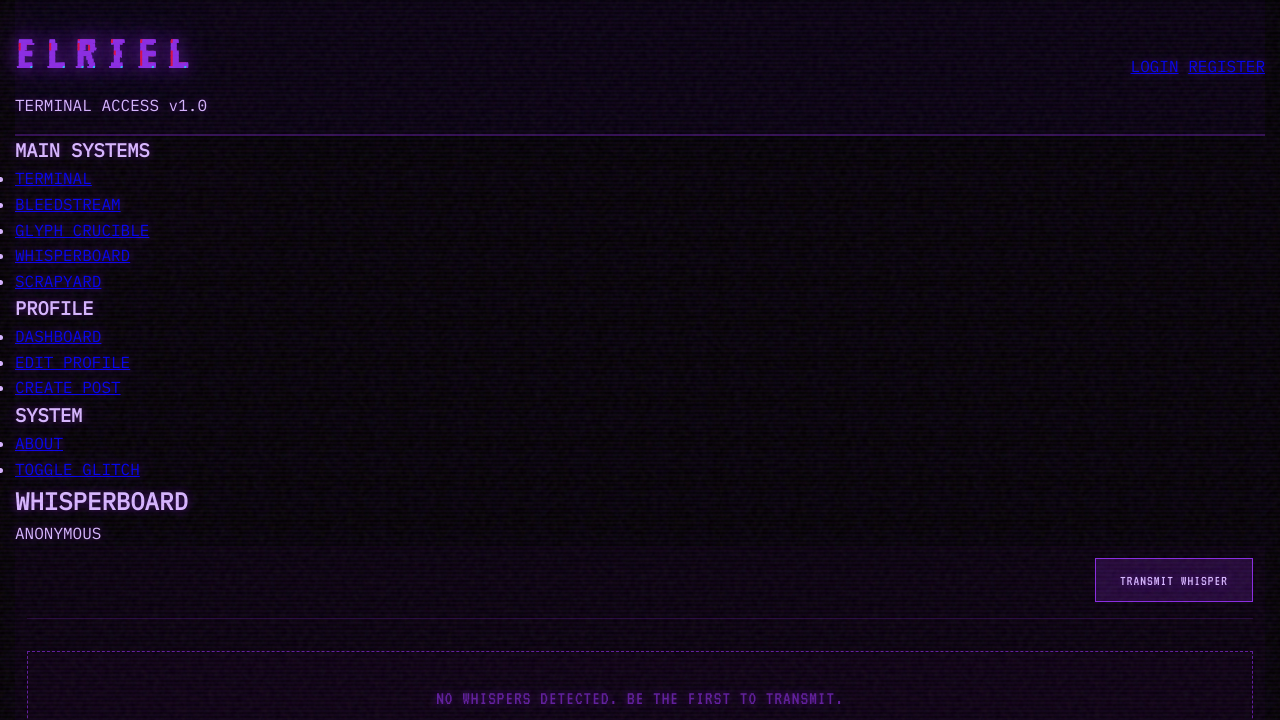
Repository: numbpill3d/elriel_1.0-forum
Page: views/whisper/board.html
An editor plug-in stored every save of this project. The page is shown before and after the next save, followed by the edit.
The browser window is 1280 px wide. The pictures show the whole page.
An inner scrolling area shows only its first screen. Some web fonts or font styles are not loaded; a fallback is used.

Above is the page before, as saved 2025-05-09 16:55:04.

### views/whisper/board.html
<!DOCTYPE html>
<html lang="en">
<head>
  <meta charset="UTF-8">
  <meta name="viewport" content="width=device-width, initial-scale=1.0">
  <title>WHISPERBOARD | ELRIEL</title>
  <link rel="stylesheet" href="/css/main.css">
  <link rel="stylesheet" href="/css/glitch.css">
  <link rel="stylesheet" href="/css/whisper.css">
  <script src="/js/error-logger.js" defer></script>
  <script src="/js/glitch.js" defer></script>
  <script src="/js/navigation-debug.js" defer></script>
</head>
<body class="terminal">
  <div class="noise-overlay"></div>
  <div class="scan-lines"></div>
  <div class="container">
    <header class="main-header">
      <div class="logo">
        <h1 class="glitch" data-text="ELRIEL">ELRIEL</h1>
        <div class="logo-subtitle">TERMINAL ACCESS v1.0</div>
      </div>
      <div class="user-panel">
        <div id="user-status">
          <!-- User status will be injected here -->
        </div>
      </div>
    </header>

    <div class="content-wrapper">
      <nav class="sidebar">
        <div class="nav-section">
          <h3 class="nav-title">MAIN SYSTEMS</h3>
          <ul class="nav-links">
            <li><a href="/">TERMINAL</a></li>
            <li><a href="/feed/bleedstream">BLEEDSTREAM</a></li>
            <li><a href="/glyph/crucible">GLYPH CRUCIBLE</a></li>
            <li><a href="/whisper/board" class="active">WHISPERBOARD</a></li>
            <li><a href="/forum/scrapyard">SCRAPYARD</a></li>
          </ul>
        </div>
        <div class="nav-section">
          <h3 class="nav-title">PROFILE</h3>
          <ul class="nav-links">
            <li><a href="/profile">DASHBOARD</a></li>
            <li><a href="/profile/edit">EDIT PROFILE</a></li>
            <li><a href="/feed/new">CREATE POST</a></li>
          </ul>
        </div>
        <div class="nav-section">
          <h3 class="nav-title">SYSTEM</h3>
          <ul class="nav-links">
            <li><a href="/about">ABOUT</a></li>
            <li><a href="#" id="toggle-glitch">TOGGLE GLITCH</a></li>
          </ul>
        </div>
      </nav>

      <main class="main-content">
        <section class="whisperboard-panel">
          <div class="panel-header">
            <h2>WHISPERBOARD</h2>
            <div class="status-indicator">ANONYMOUS</div>
          </div>
          <div class="whisperboard-content">
            <div class="whisper-actions">
              <a href="/whisper/new" class="new-whisper-button">TRANSMIT WHISPER</a>
            </div>

            <div class="whisper-list" id="whisper-list">
              <!-- Whispers will be injected here -->
            </div>
          </div>
        </section>
      </main>
    </div>

    <footer class="main-footer">
      <div class="footer-text">ELRIEL NETWORK // ESTABLISHED 2025 // ALL RIGHTS SURRENDERED</div>
      <div class="footer-glyphs">
        <span class="glyph">⌘</span>
        <span class="glyph">⍟</span>
        <span class="glyph">⎔</span>
      </div>
    </footer>
  </div>

  <script>
    // Add error handling for data injection
    let data, user, whispers = [];
    try {
      // Inject data from server
      data = __DATA__;
      user = data.user;
      whispers = data.whispers || [];
      console.log("Whisper data loaded successfully:", {
        hasUser: !!user,
        whisperCount: whispers.length
      });
    } catch (err) {
      console.error("Error parsing injected data:", err);
      // Set default values
      data = {};
      user = null;
      whispers = [];
    }

    // Update user status in header
    const userStatusEl = document.getElementById('user-status');
    if (userStatusEl) {
      if (user) {
        userStatusEl.innerHTML = `
          <div class="logged-in">
            <span class="username">${user.username}</span>
            <div class="user-links">
              <a href="/profile" class="win98-btn">PROFILE</a>
              <a href="/auth/logout" class="win98-btn">LOGOUT</a>
            </div>
          </div>
        `;
      } else {
        userStatusEl.innerHTML = `
          <div class="logged-out">
            <a href="/auth/login" class="win98-btn login-btn">LOGIN</a>
            <a href="/auth/register" class="win98-btn register-btn">REGISTER</a>
          </div>
        `;
      }
    }

    // Display whispers
    const whisperListEl = document.getElementById('whisper-list');
    if (whisperListEl) {
      if (whispers && whispers.length > 0) {
        // Clear any existing content
        whisperListEl.innerHTML = '';

        whispers.forEach(whisper => {
          if (!whisper) return; // Skip invalid whispers

          const whisperEl = document.createElement('div');
          whisperEl.className = 'whisper-item';

          try {
            let glyphHtml = '';
            if (whisper.glyph_svg) {
              glyphHtml = `<div class="whisper-glyph">${whisper.glyph_svg}</div>`;
            } else {
              // Generate a random anonymous glyph if none is attached
              const randomSeed = (whisper.id || '') + (whisper.created_at || ''); // Use whisper data for deterministic random
              glyphHtml = `<div class="whisper-glyph">${generateAnonGlyphSVG(randomSeed)}</div>`;
            }

            const content = whisper.content || 'No content available';
            const createdAt = whisper.created_at ? new Date(whisper.created_at).toLocaleString() : 'Unknown date';
            const whisperId = whisper.id || '0';
            const isEncrypted = whisper.is_encrypted ? '<span class="whisper-encrypted">ENCRYPTED</span>' : '';

            whisperEl.innerHTML = `
              ${glyphHtml}
              <div class="whisper-content">
                <div class="whisper-body">${content}</div>
                <div class="whisper-meta">
                  <span class="whisper-date">${createdAt}</span>
                  ${isEncrypted}
                </div>
                <a href="/whisper/${whisperId}" class="view-whisper-link">VIEW WHISPER</a>
              </div>
            `;
            whisperListEl.appendChild(whisperEl);
          } catch (e) {
            console.error('Error rendering whisper:', e);
          }
        });
      } else {
        whisperListEl.innerHTML = '<div class="empty-whispers">NO WHISPERS DETECTED. BE THE FIRST TO TRANSMIT.</div>';
      }
    }

    // Helper function to generate SVG data for an anonymous glyph (client-side simulation)
    function generateAnonGlyphSVG(seed) {
      try {
        // Create a deterministic random number generator based on the seed
        const random = seedRandom(seed);

        // Generate SVG elements
        const width = 80;
        const height = 80;
        const centerX = width / 2;
        const centerY = height / 2;

        // Start SVG
        let svg = `<svg xmlns="http://www.w3.org/2000/svg" viewBox="0 0 ${width} ${height}" class="anon-glyph-svg">`;

        // Add a background circle
        svg += `<circle cx="${centerX}" cy="${centerY}" r="${centerX - 4}" fill="none" stroke="#333" stroke-width="1" />`;

        // Generate a simple symbol
        const symbolType = Math.floor(random() * 5);

        switch (symbolType) {
          case 0: // Cross
            svg += `<line x1="${centerX - 15}" y1="${centerY}" x2="${centerX + 15}" y2="${centerY}" stroke="#666" stroke-width="1" />`;
            svg += `<line x1="${centerX}" y1="${centerY - 15}" x2="${centerX}" y2="${centerY + 15}" stroke="#666" stroke-width="1" />`;
            break;
          case 1: // Triangle
            svg += `<polygon points="${centerX},${centerY - 15} ${centerX - 15},${centerY + 7.5} ${centerX + 15},${centerY + 7.5}" fill="none" stroke="#666" stroke-width="1" />`;
            break;
          case 2: // Square
            svg += `<rect x="${centerX - 12}" y="${centerY - 12}" width="24" height="24" fill="none" stroke="#666" stroke-width="1" />`;
            break;
          case 3: // Circle
            svg += `<circle cx="${centerX}" cy="${centerY}" r="12" fill="none" stroke="#666" stroke-width="1" />`;
            break;
          case 4: // Star
            const points = 5;
            const outerRadius = 15;
            const innerRadius = 7.5;
            let starPoints = '';

            for (let i = 0; i < points * 2; i++) {
              const radius = i % 2 === 0 ? outerRadius : innerRadius;
              const angle = (Math.PI / points) * i;
              const x = centerX + radius * Math.sin(angle);
              const y = centerY - radius * Math.cos(angle);
              starPoints += `${x},${y} `;
            }

            svg += `<polygon points="${starPoints}" fill="none" stroke="#666" stroke-width="1" />`;
            break;
        }

        // Add a few random dots
        for (let i = 0; i < 3; i++) {
          const angle = random() * Math.PI * 2;
          const distance = 3 + random() * 10;
          const x = centerX + Math.cos(angle) * distance;
          const y = centerY + Math.sin(angle) * distance;
          svg += `<circle cx="${x}" cy="${y}" r="1" fill="#999" />`;
        }

        // Close SVG
        svg += '</svg>';

        return svg;
      } catch (e) {
        console.error('Error generating anonymous glyph:', e);
        return '<svg xmlns="http://www.w3.org/2000/svg" viewBox="0 0 80 80" class="anon-glyph-svg"><circle cx="40" cy="40" r="36" fill="none" stroke="#333" stroke-width="1" /></svg>';
      }
    }

    // Deterministic random number generator based on a seed
    function seedRandom(seed) {
      if (!seed) seed = 'default-seed';

      let hash = 0;
      for (let i = 0; i < seed.length; i++) {
        hash = ((hash << 5) - hash) + seed.charCodeAt(i);
        hash |= 0; // Convert to 32-bit integer
      }

      // Simple LCG random number generator
      let state = hash || 12345;
      return function() {
        state = (state * 1664525 + 1013904223) % 4294967296;
        return state / 4294967296;
      };
    }

    // Toggle glitch effects
    const toggleGlitchBtn = document.getElementById('toggle-glitch');
    if (toggleGlitchBtn) {
      toggleGlitchBtn.addEventListener('click', function(e) {
        e.preventDefault();
        document.body.classList.toggle('glitch-active');
        // Store preference in localStorage
        localStorage.setItem('glitch-active', document.body.classList.contains('glitch-active') ? 'true' : 'false');
      });
    }

    // Check if glitch effects were previously enabled
    const glitchActive = localStorage.getItem('glitch-active');
    if (glitchActive === 'true') {
      document.body.classList.add('glitch-active');
    }
  </script>
</body>
</html>

### public/css/whisper.css
/* Elriel - Whisper CSS Styles */
/* Styles for the Whisperboard and whisper pages */

.whisperboard-panel .panel-header h2,
.whisper-panel .panel-header h2 {
  font-size: 1.5rem;
}

.whisperboard-content,
.whisper-content-area {
  padding: 0.75rem;
  background-color: rgba(10, 0, 15, 0.6);
}

.whisper-actions {
  margin-bottom: 1rem;
  text-align: right;
  border-bottom: 1px solid rgba(138, 43, 226, 0.2);
  padding-bottom: 1rem;
}

.new-whisper-button {
  display: inline-block;
  padding: 0.6rem 1.5rem;
  background-color: rgba(138, 43, 226, 0.2);
  border: 1px solid var(--terminal-green);
  color: var(--terminal-text);
  text-decoration: none;
  font-family: var(--header-font);
  font-size: 0.9rem;
  cursor: pointer;
  transition: all 0.3s ease;
  letter-spacing: 1px;
}

.new-whisper-button:hover {
  background-color: rgba(138, 43, 226, 0.4);
  transform: translateY(-2px);
  box-shadow: 0 3px 10px rgba(138, 43, 226, 0.3);
}

.whisper-list {
  display: grid;
  grid-template-columns: repeat(auto-fill, minmax(280px, 1fr));
  gap: 0.75rem;
}

.empty-whispers {
  grid-column: 1 / -1;
  padding: 2rem;
  text-align: center;
  color: var(--terminal-dim);
  font-family: var(--header-font);
  letter-spacing: 1px;
  font-size: 1.2rem;
  background-color: rgba(15, 0, 20, 0.5);
  border: 1px dashed var(--terminal-dim-green);
  margin: 1rem 0;
}

.whisper-item {
  background-color: rgba(15, 0, 20, 0.7);
  border: 1px solid rgba(138, 43, 226, 0.3);
  margin-bottom: 0.5rem;
  padding: 0.75rem;
  display: flex;
  gap: 0.75rem;
  transition: all 0.3s ease;
  position: relative;
  overflow: hidden;
}

.whisper-item:hover {
  transform: translateY(-2px);
  box-shadow: 0 5px 15px rgba(138, 43, 226, 0.2);
  border-color: var(--terminal-green);
}

.whisper-item::before {
  content: '';
  position: absolute;
  top: 0;
  left: 0;
  width: 100%;
  height: 2px;
  background: linear-gradient(to right, transparent, var(--terminal-green), transparent);
  opacity: 0.5;
}

.whisper-glyph {
  width: 60px;
  height: 60px;
  flex-shrink: 0;
  border: 1px solid var(--terminal-dim-green);
  padding: 2px;
  background-color: rgba(0, 0, 0, 0.6);
}

.whisper-glyph svg {
  width: 100%;
  height: 100%;
  opacity: 0.8;
}

.whisper-content {
  flex-grow: 1;
  display: flex;
  flex-direction: column;
}

.whisper-body {
  font-family: var(--terminal-font);
  font-size: 0.85rem;
  color: var(--terminal-text);
  line-height: 1.4;
  margin-bottom: 0.5rem;
  background-color: rgba(20, 0, 30, 0.4);
  padding: 0.5rem;
  border-left: 2px solid var(--terminal-dim-green);
  flex-grow: 1;
}

.whisper-meta {
  font-size: 0.7rem;
  color: var(--terminal-dim);
  margin-bottom: 0.3rem;
  display: flex;
  justify-content: space-between;
  align-items: center;
}

.whisper-date {
  margin-right: 0.5rem;
}

.whisper-encrypted {
  color: var(--terminal-purple);
  font-weight: bold;
  font-size: 0.65rem;
  background-color: rgba(138, 43, 226, 0.2);
  padding: 0.1rem 0.3rem;
  border: 1px solid var(--terminal-dim-green);
}

.view-whisper-link {
  display: inline-block;
  font-size: 0.75rem;
  color: var(--terminal-green);
  text-decoration: none;
  margin-top: 0.3rem;
  background-color: rgba(138, 43, 226, 0.1);
  padding: 0.2rem 0.5rem;
  border: 1px solid var(--terminal-dim-green);
  text-align: center;
  transition: all 0.3s ease;
  letter-spacing: 1px;
  font-family: var(--header-font);
}

.view-whisper-link:hover {
  background-color: rgba(138, 43, 226, 0.3);
  color: white;
  box-shadow: 0 0 8px rgba(138, 43, 226, 0.5);
}

/* New Whisper Page Styles */
.new-whisper-panel .panel-header h2 {
  font-size: 1.5rem;
}

.new-whisper-content {
  padding: 1rem;
}

.new-whisper-form .form-group {
  margin-bottom: 1.5rem;
}

.new-whisper-form label {
  display: block;
  margin-bottom: 0.5rem;
  color: var(--terminal-dim-green);
  font-size: 0.9rem;
}

.new-whisper-form textarea {
  width: 100%;
  padding: 0.8rem;
  background-color: rgba(0, 0, 0, 0.5);
  border: 1px solid var(--terminal-dim-green);
  color: var(--terminal-bright);
  font-family: var(--terminal-font);
  font-size: 1rem;
  outline: none;
  min-height: 150px;
  resize: vertical;
}

.new-whisper-form textarea:focus {
  border-color: var(--terminal-green);
  box-shadow: 0 0 5px var(--glow-color);
}

.new-whisper-form button {
  display: inline-block;
  padding: 0.8rem 2rem;
  background-color: var(--terminal-green);
  border: none;
  color: var(--terminal-bg);
  font-family: var(--header-font);
  font-size: 1.2rem;
  cursor: pointer;
  transition: background-color 0.3s ease;
  margin-top: 1rem;
}

.new-whisper-form button:hover {
  background-color: var(--terminal-dim-green);
}

.glyph-selection {
  display: flex;
  flex-wrap: wrap;
  gap: 10px;
  margin-top: 1rem;
  max-height: 150px;
  overflow-y: auto;
  padding: 10px;
  border: 1px dashed rgba(0, 255, 0, 0.1);
  background-color: rgba(0, 0, 0, 0.3);
}

.glyph-item {
  width: 60px;
  height: 60px;
  border: 1px solid var(--terminal-dim);
  padding: 3px;
  cursor: pointer;
  transition: border-color 0.3s ease;
  background-color: rgba(0, 0, 0, 0.5);
}

.glyph-item:hover, .glyph-item.selected {
  border-color: var(--terminal-green);
}

.glyph-item svg {
  width: 100%;
  height: 100%;
}

.glyph-item.selected {
  box-shadow: 0 0 5px var(--glow-color);
}

/* View Whisper Page Styles */
.view-whisper-panel .panel-header h2 {
  font-size: 1.5rem;
}

.view-whisper-content {
  padding: 1rem;
}

.view-whisper-header {
  margin-bottom: 1.5rem;
  padding-bottom: 1.5rem;
  border-bottom: 1px solid rgba(255, 255, 255, 0.1);
}

.view-whisper-glyph {
  width: 100px;
  height: 100px;
  border: 1px solid var(--terminal-dim);
  padding: 5px;
  background-color: rgba(0, 0, 0, 0.5);
  margin-bottom: 1rem;
}

.view-whisper-glyph svg {
  width: 100%;
  height: 100%;
}

.view-whisper-body {
  font-family: var(--terminal-font);
  color: var(--terminal-text);
  line-height: 1.8;
  white-space: pre-wrap; /* Preserve line breaks */
}

.view-whisper-meta {
  font-size: 0.9rem;
  color: var(--terminal-dim);
  margin-top: 1.5rem;
  border-top: 1px dashed rgba(255, 255, 255, 0.1);
  padding-top: 1rem;
}

.view-whisper-date {
  margin-right: 1rem;
}

.view-whisper-encrypted {
  color: var(--terminal-red);
}

/* Encrypted Whisper Page Styles */
.encrypted-whisper-panel .panel-header h2 {
  font-size: 1.5rem;
}

.encrypted-whisper-content {
  padding: 1.5rem;
  text-align: center;
  background-color: rgba(15, 0, 20, 0.8);
  border: 1px solid var(--terminal-dim-green);
  margin: 1rem;
  position: relative;
  overflow: hidden;
}

.encrypted-whisper-content::before {
  content: '';
  position: absolute;
  top: 0;
  left: 0;
  width: 100%;
  height: 100%;
  background-image: url("data:[embedded picture, 217 characters]");
  pointer-events: none;
  opacity: 0.5;
  z-index: -1;
}

.encrypted-whisper-content .section-title {
  color: var(--terminal-purple);
  font-size: 1.3rem;
  margin-bottom: 1rem;
  text-shadow: 0 0 10px rgba(138, 43, 226, 0.7);
  letter-spacing: 2px;
}

.encrypted-whisper-content .section-content {
  color: var(--terminal-text);
  margin-bottom: 1.5rem;
  line-height: 1.6;
  font-size: 0.9rem;
  background-color: rgba(0, 0, 0, 0.4);
  padding: 1rem;
  border-left: 2px solid var(--terminal-dim-green);
  max-width: 600px;
  margin-left: auto;
  margin-right: auto;
  text-align: left;
}

.encrypted-whisper-form .form-group {
  margin-bottom: 1.5rem;
}

.encrypted-whisper-form label {
  display: block;
  margin-bottom: 0.5rem;
  color: var(--terminal-dim-green);
  font-size: 0.9rem;
}

.encrypted-whisper-form input[type="text"] {
  width: 100%;
  max-width: 300px;
  padding: 0.8rem;
  background-color: rgba(0, 0, 0, 0.5);
  border: 1px solid var(--terminal-dim-green);
  color: var(--terminal-bright);
  font-family: var(--terminal-font);
  font-size: 1rem;
  outline: none;
  text-align: center;
}

.encrypted-whisper-form input[type="text"]:focus {
  border-color: var(--terminal-green);
  box-shadow: 0 0 5px var(--glow-color);
}

.encrypted-whisper-form button {
  padding: 0.8rem 2rem;
  background-color: var(--terminal-green);
  border: none;
  color: var(--terminal-bg);
  font-family: var(--header-font);
  font-size: 1.2rem;
  cursor: pointer;
  transition: background-color 0.3s ease;
  margin-top: 1rem;
}

.encrypted-whisper-form button:hover {
  background-color: var(--terminal-dim-green);
}

### public/css/bleedstream-sidebar.css
/* Bleedstream Sidebar Layout CSS */
/* This file specifically handles the sidebar layout for the bleedstream and related pages */

/* Basic layout structure */
.content-wrapper {
  display: flex;
  min-height: calc(100vh - 150px);
  position: relative;
}

/* Sidebar Styles - Desktop First */
.sidebar {
  width: 250px;
  background-color: var(--sidebar-bg, rgba(8, 0, 10, 0.95));
  padding: 1.5rem 1rem;
  border-right: 2px solid rgba(255, 0, 0, 0.3);
  box-shadow: 5px 0 15px rgba(0, 0, 0, 0.8);
  position: sticky;
  top: 0;
  height: 100%;
  overflow-y: auto;
  transition: all 0.3s ease;
  z-index: 10;
}

/* Main content area */
.main-content {
  flex: 1;
  padding: 1.5rem;
  background-color: rgba(0, 0, 0, 0.5);
  min-width: 0; /* Prevents flex items from overflowing */
}

/* Mobile navigation toggle button */
.mobile-nav-toggle {
  display: none;
  width: 100%;
  padding: 12px;
  margin: 0 0 10px 0;
  background-color: var(--panel-bg, rgba(15, 0, 20, 0.8));
  color: var(--terminal-green, #8a2be2);
  border: 1px solid var(--terminal-dim-green, #5e1c99);
  text-align: center;
  cursor: pointer;
  font-family: var(--header-font, monospace);
  font-size: 1rem;
  letter-spacing: 2px;
  transition: all 0.3s ease;
}

.mobile-nav-toggle:hover {
  background-color: var(--terminal-dim-green, #5e1c99);
  color: var(--terminal-bg, #0a0008);
}

/* Responsive adjustments */
@media (max-width: 768px) {
  .content-wrapper {
    flex-direction: column;
  }

  .sidebar {
    width: 100%;
    max-height: 0;
    overflow: hidden;
    padding: 0 1rem;
    border-right: none;
    border-bottom: 1px solid var(--terminal-dim-green, #5e1c99);
    position: relative;
    transition: max-height 0.3s ease, padding 0.3s ease;
  }

  .sidebar.active {
    max-height: 1000px;
    padding: 1rem;
    overflow-y: auto;
    border-bottom: 1px solid var(--terminal-green, #8a2be2);
  }

  .mobile-nav-toggle {
    display: block;
  }

  .main-content {
    width: 100%;
    padding: 1rem;
  }
}

/* Override any conflicting styles from responsive-fixes.css */
@media (min-width: 769px) {
  .sidebar {
    max-height: none !important;
    overflow: visible !important;
    display: block !important;
  }
}

/* Improve nav links styling */
.nav-section {
  margin-bottom: 1.5rem;
}

.nav-title {
  font-family: var(--header-font, monospace);
  color: var(--terminal-dim-green, #5e1c99);
  font-size: 1.2rem;
  margin-bottom: 0.8rem;
  border-bottom: 1px solid var(--terminal-dim-green, #5e1c99);
  padding-bottom: 0.5rem;
  letter-spacing: 2px;
}

.nav-links {
  list-style: none;
}

.nav-links li {
  margin-bottom: 0.3rem;
}

.nav-links a {
  display: block;
  padding: 0.7rem 0.5rem;
  color: var(--terminal-text, #d8b8ff);
  text-decoration: none;
  transition: all 0.3s ease;
  border-left: 3px solid transparent;
  font-family: var(--header-font, monospace);
  letter-spacing: 1.5px;
  position: relative;
}

.nav-links a:hover, .nav-links a.active {
  color: var(--terminal-green, #8a2be2);
  border-left-color: var(--terminal-green, #8a2be2);
  background-color: rgba(255, 0, 0, 0.15);
  text-shadow: 0 0 8px var(--glow-color, rgba(138, 43, 226, 0.5));
}

/* Better touch targets for mobile */
@media (max-width: 768px) {
  .nav-links a {
    padding: 12px 10px;
    margin-bottom: 5px;
  }
}

Loaded but not shown: public/js/error-logger.js (418 lines, source omitted); public/js/navigation-debug.js (268 lines, source omitted); public/js/glitch.js (234 lines, source omitted); public/css/main.css (643 lines, source omitted); public/css/glitch.css (655 lines, source omitted)

After the next save:
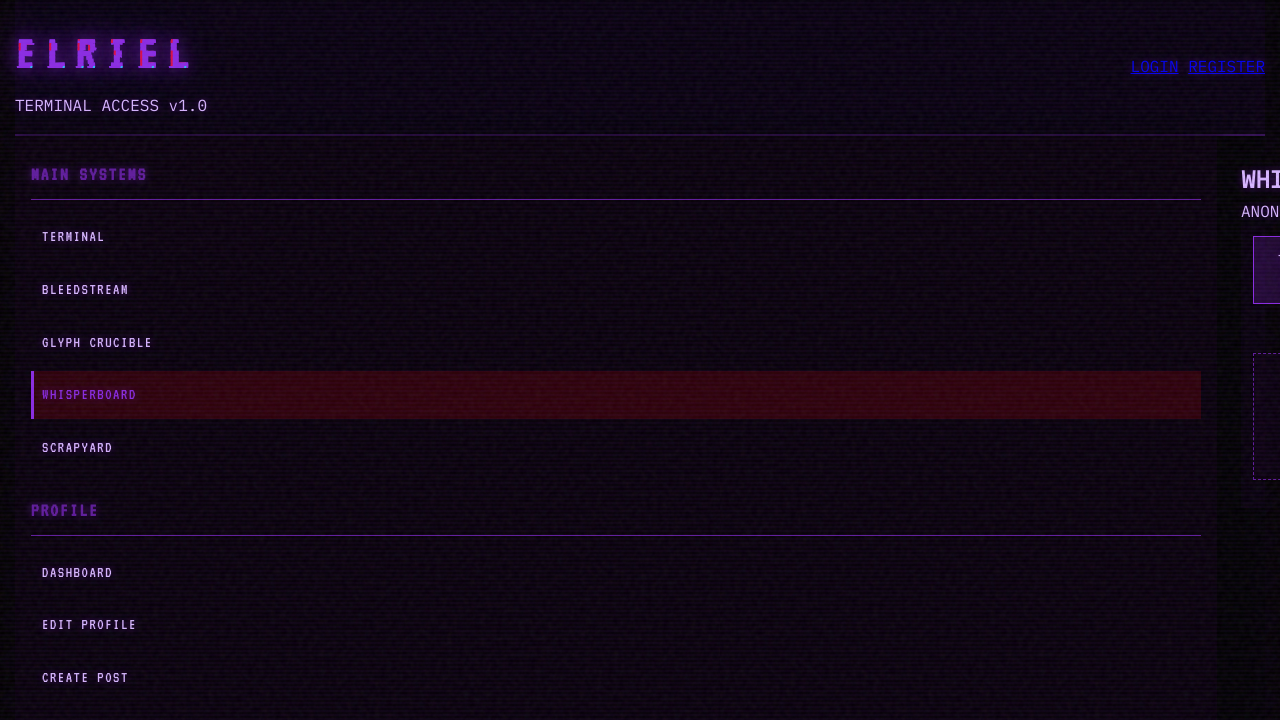
Saved 35 s later.
--- a/views/whisper/board.html
+++ b/views/whisper/board.html
@@ -7,6 +7,7 @@
   <link rel="stylesheet" href="/css/main.css">
   <link rel="stylesheet" href="/css/glitch.css">
   <link rel="stylesheet" href="/css/whisper.css">
+  <link rel="stylesheet" href="/css/bleedstream-sidebar.css">
   <script src="/js/error-logger.js" defer></script>
   <script src="/js/glitch.js" defer></script>
   <script src="/js/navigation-debug.js" defer></script>
@@ -28,7 +29,8 @@
     </header>
 
     <div class="content-wrapper">
-      <nav class="sidebar">
+      <button class="mobile-nav-toggle" id="mobile-nav-toggle">TOGGLE NAVIGATION</button>
+      <nav class="sidebar" id="main-sidebar">
         <div class="nav-section">
           <h3 class="nav-title">MAIN SYSTEMS</h3>
           <ul class="nav-links">
@@ -283,6 +285,27 @@
     if (glitchActive === 'true') {
       document.body.classList.add('glitch-active');
     }
+
+    // Mobile navigation toggle
+    const mobileNavToggle = document.getElementById('mobile-nav-toggle');
+    const sidebar = document.getElementById('main-sidebar');
+
+    if (mobileNavToggle && sidebar) {
+      mobileNavToggle.addEventListener('click', function() {
+        sidebar.classList.toggle('active');
+        this.textContent = sidebar.classList.contains('active') ? 'HIDE NAVIGATION' : 'SHOW NAVIGATION';
+
+        // Store sidebar state in localStorage
+        localStorage.setItem('sidebar-active', sidebar.classList.contains('active') ? 'true' : 'false');
+      });
+
+      // Set initial state on page load
+      const sidebarActive = localStorage.getItem('sidebar-active');
+      if (sidebarActive === 'true') {
+        sidebar.classList.add('active');
+        mobileNavToggle.textContent = 'HIDE NAVIGATION';
+      }
+    }
   </script>
 </body>
 </html>
